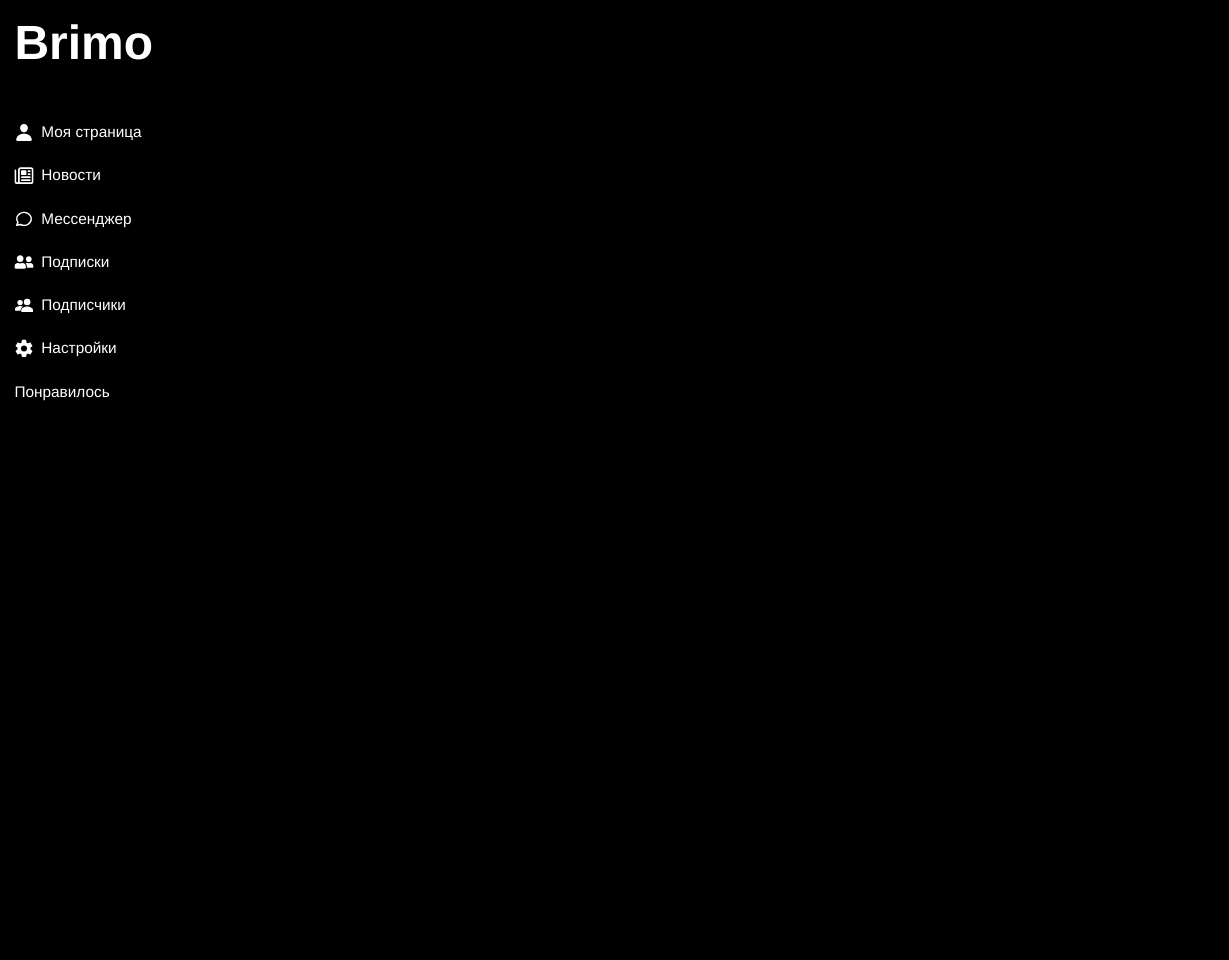
Repository: MaksimKrupkin/socialNetwork
Page: / (app in frontend/socialNetworkFrontend/)
An editor plug-in stored every save of this project. The page is shown before and after the next save, followed by the edit.
The browser window is 1280 px wide. The pictures show the whole page, at 96% of full size.
The project was rebuilt for these pictures with package versions that can differ from the ones it lists, and the page was loaded fresh each time. Also part of the build but not shown: frontend/socialNetworkFrontend/vite.config.js, frontend/socialNetworkFrontend/src/index.css.

Above is the page before, as saved 2024-11-27 19:53:49.

After the next save:
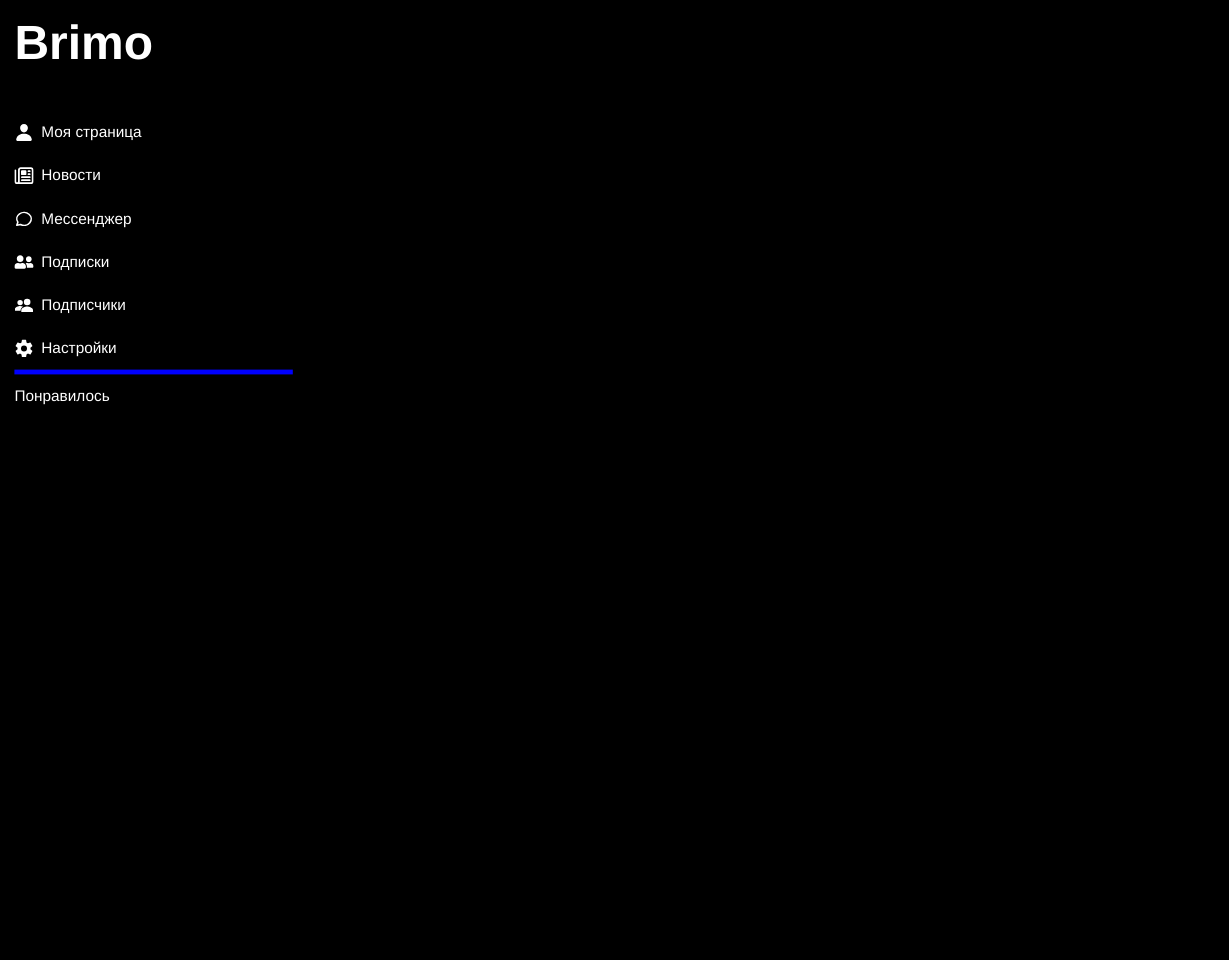
Saved 19 s later.
--- a/frontend/socialNetworkFrontend/src/Components/Navigation/Navigation.module.scss
+++ b/frontend/socialNetworkFrontend/src/Components/Navigation/Navigation.module.scss
@@ -17,7 +17,7 @@
 }
 .line {
   width: 100%;
-  height: 1px;
-  color: white;
-  font-size: 2px;
+  height: 5px;
+  background-color: blue;
+  border: none;
 }
